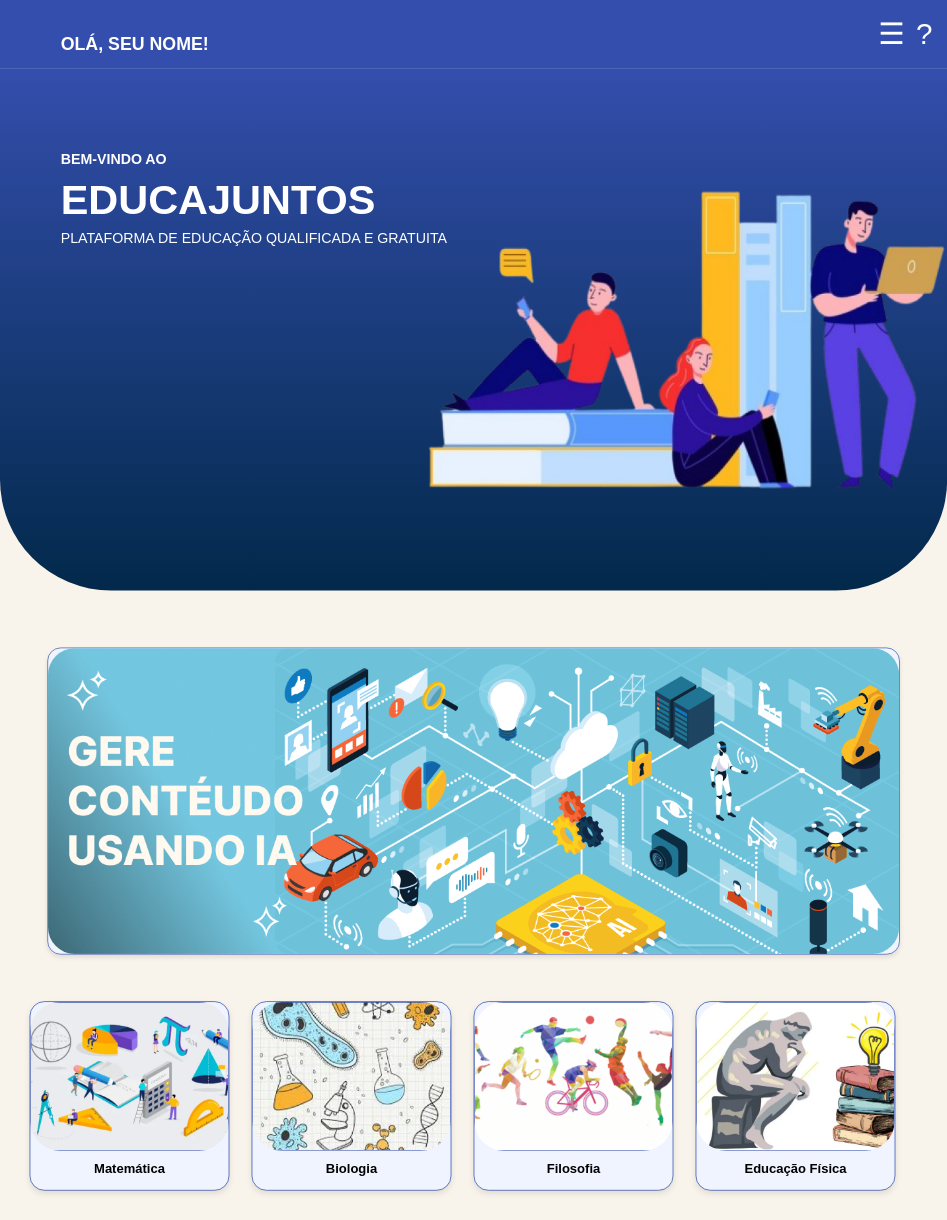
Repository: Matheus904-12/EDUCAJUNTOS
Page: inicio/index.html
An editor plug-in stored every save of this project. The page is shown before and after the next save, followed by the edit.
The browser window is 1280 px wide. The pictures show the whole page, at 74% of full size.

Above is the page before, as saved 2024-10-28 19:54:48.

After the next save:
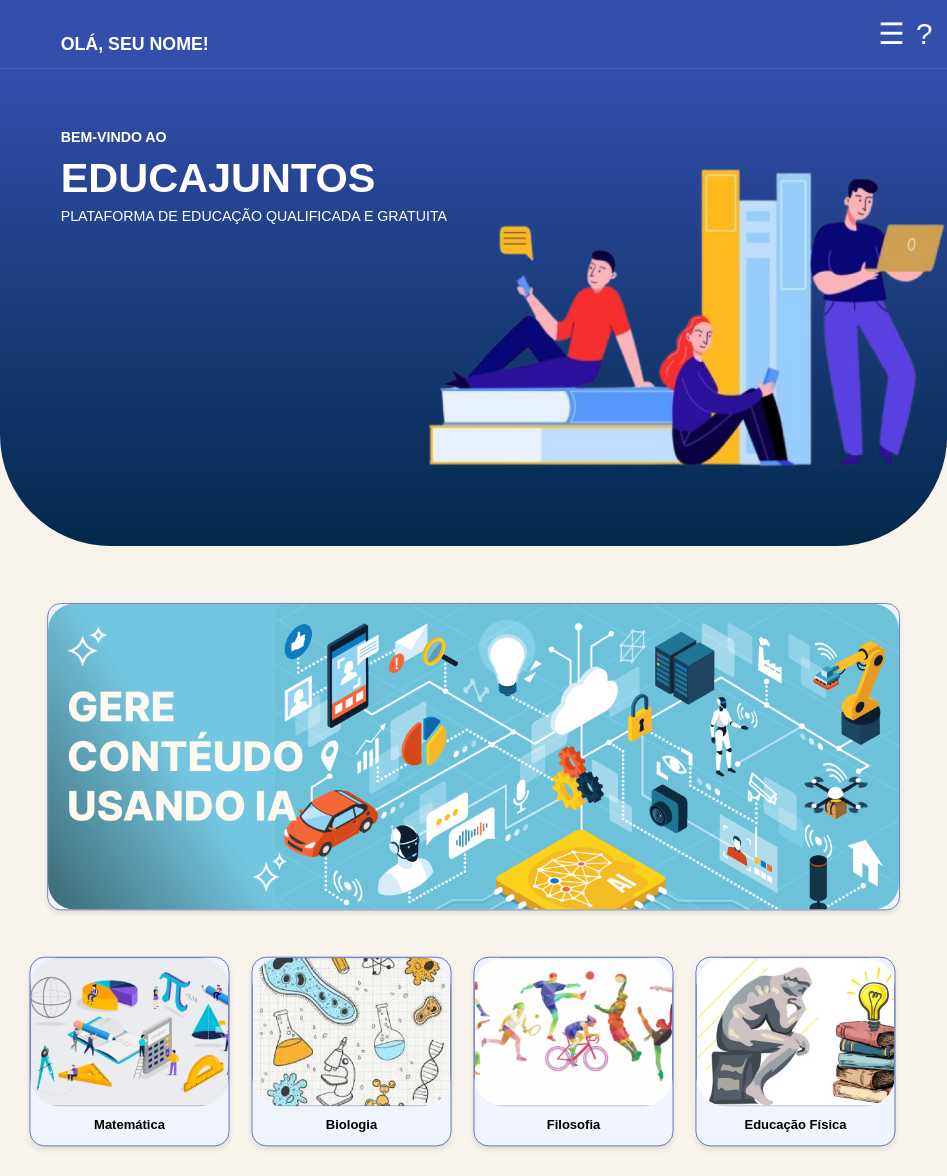
Saved 7 s later.
--- a/inicio/style.css
+++ b/inicio/style.css
@@ -43,7 +43,7 @@ nav {
 .hero {
     background: linear-gradient( #334EAC, #02294b);
     color: #fff;
-    padding: 50px 20px;
+    padding: 20px 20px;
     border-bottom-left-radius: 150px;
     border-bottom-right-radius: 150px;
     position: relative;
